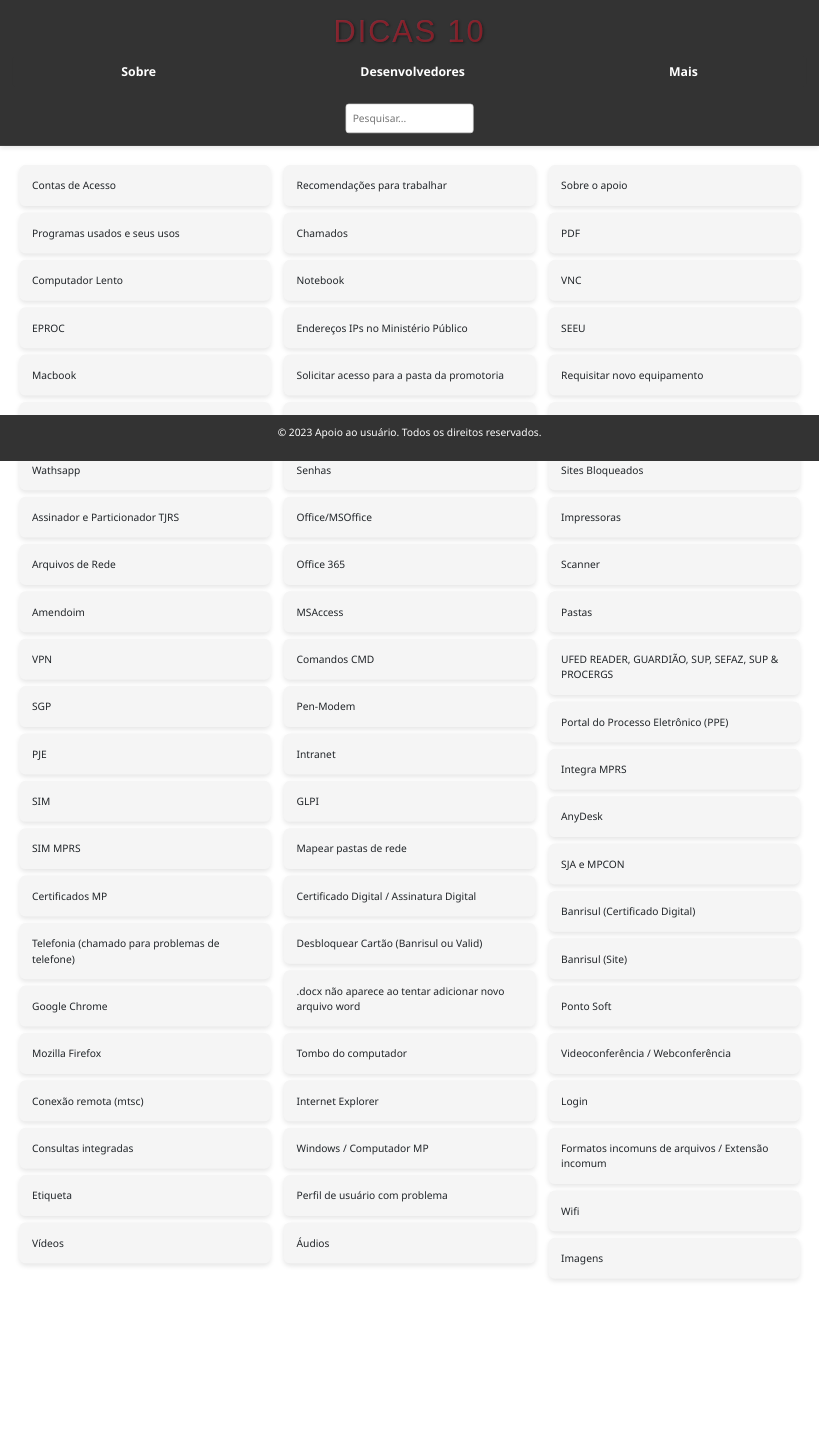
Repository: I4guito/dicasdez
Page: Dicas site/index.html
These files come from the project's save history. The page is drawn as it stood at one moment and after the next save; the edit follows.
The browser window is 1280 px wide. The pictures show the whole page, at 64% of full size.

Above is the page before, as saved 2023-12-11 12:19:10.

After the next save:
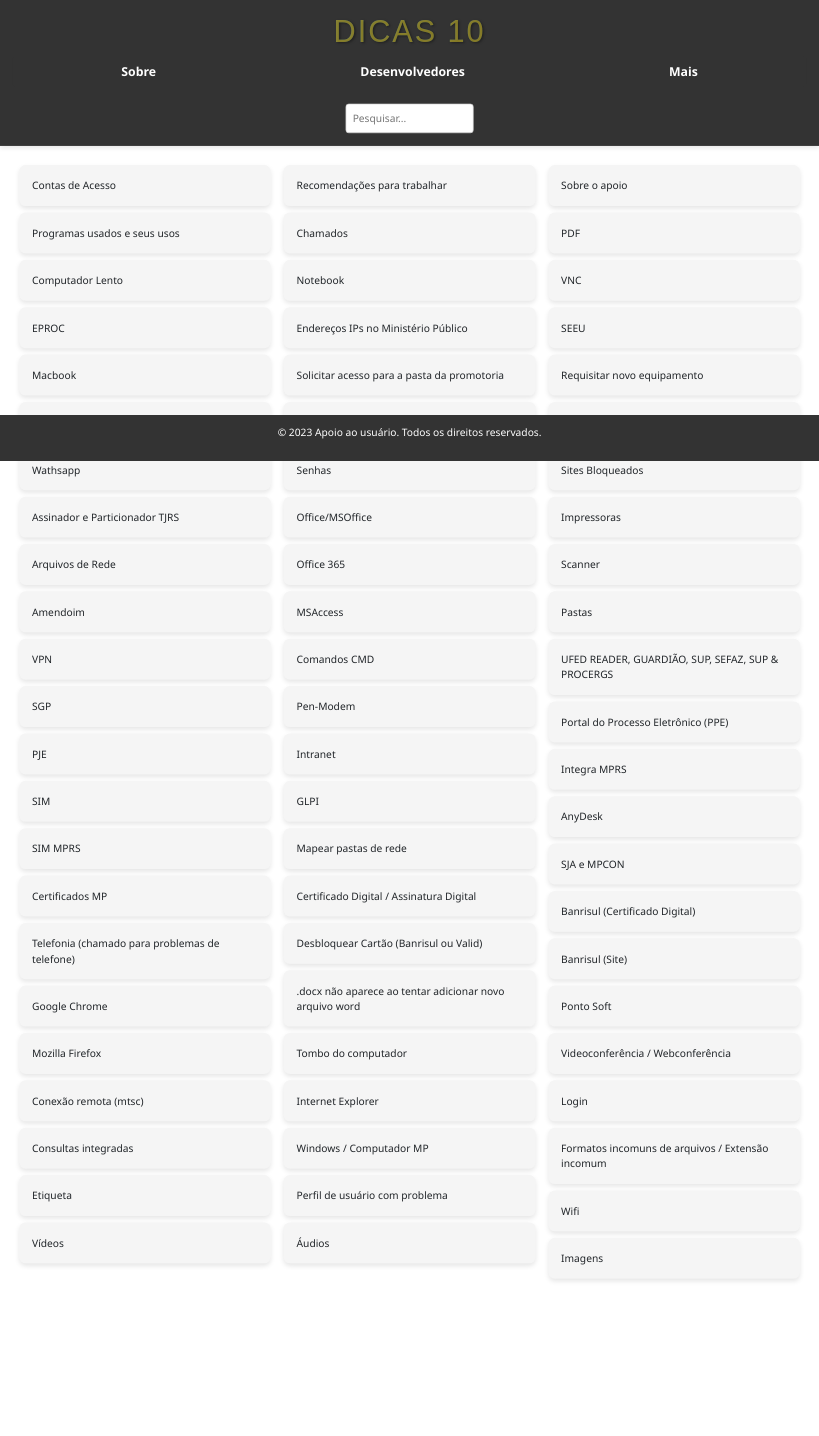
Saved 14 s later.
--- a/Dicas site/styles.css
+++ b/Dicas site/styles.css
@@ -17,7 +17,7 @@ header h1{
     margin: 0;
     font-size: 3em;
     font-family: 'Quicksand', sans-serif; /* Fonte personalizada do Google Fonts */
-    color: #af1111b4;
+    color: #af9211b4;
     text-transform: uppercase; /* Transforma o texto para maiúsculas */
     letter-spacing: 3px; /* Espaçamento entre letras */
     background: linear-gradient(135deg, #2980b9, #2c3e50); /* Gradiente azul-escuro */
